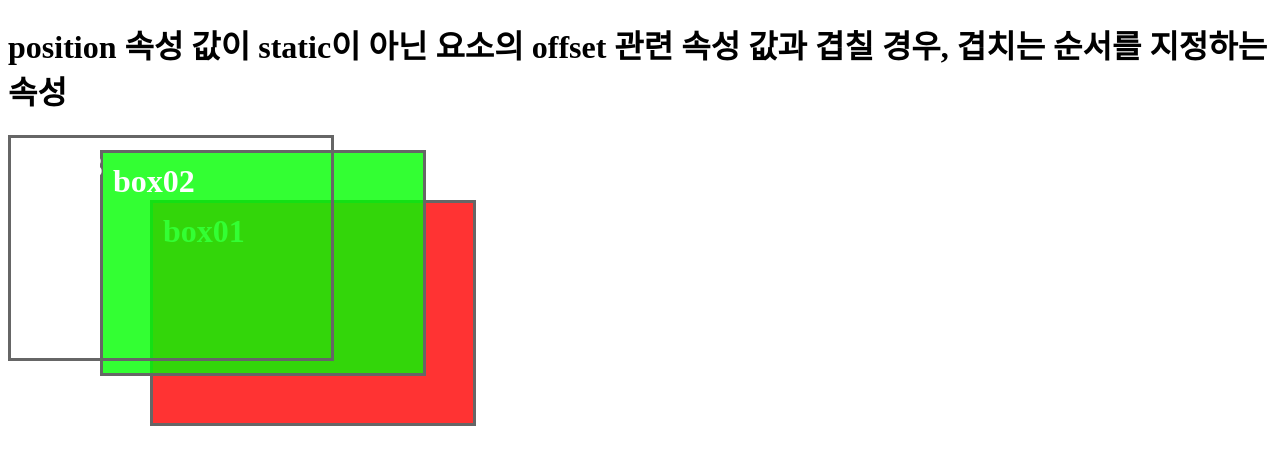
Repository: cussip/SuperHands
Page: WebExam/src/main/webapp/css/box_model/z_index.html
An editor plug-in stored every save of this project. The page is shown before and after the next save, followed by the edit.
The browser window is 1280 px wide. The pictures show the whole page.

Above is the page before, as saved 2022-02-01 07:31:35.

After the next save:
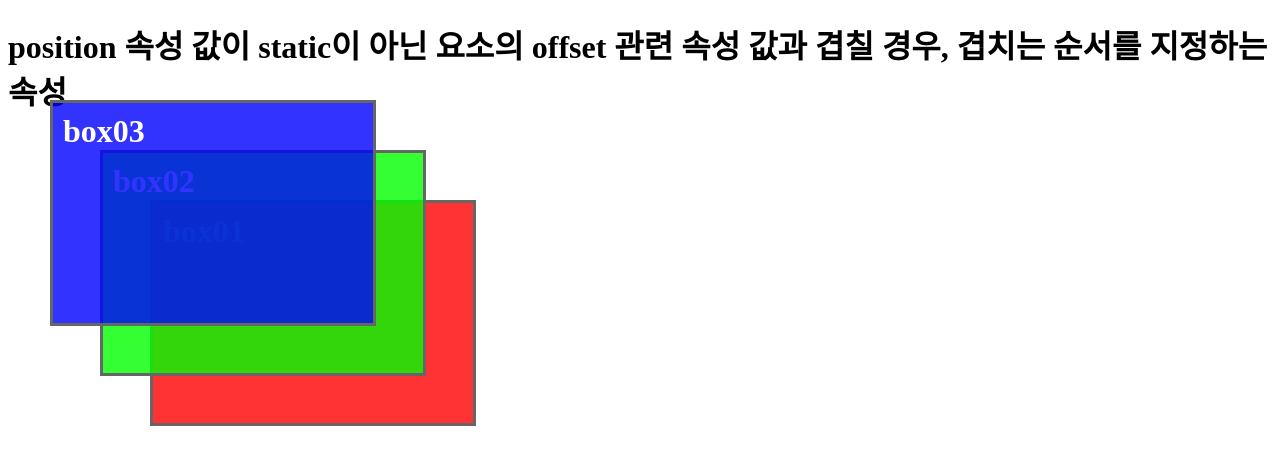
Saved 37 s later.
--- a/WebExam/src/main/webapp/css/box_model/z_index.html
+++ b/WebExam/src/main/webapp/css/box_model/z_index.html
@@ -25,6 +25,9 @@
 			background-color: rgba(0, 255, 0, 0.8);
 		}
 		.box03 {
+			top: 100px;
+			left: 50px;
+			background-color: rgba(0, 0, 255, 0.8);
 		}
 	</style>
 </head>
